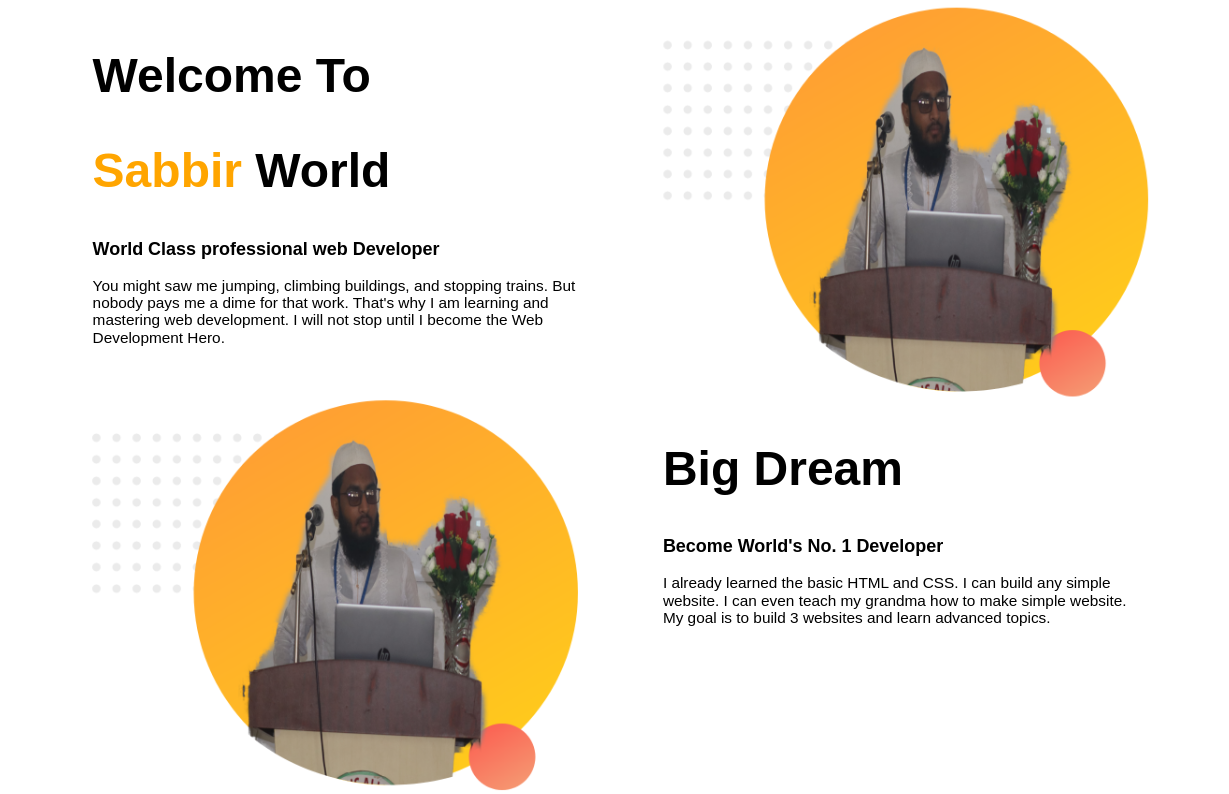
Repository: sabbircse3/web-protfolio
Page: index.html
These files come from the project's save history. The page is drawn as it stood at one moment and after a run of saves; the edit follows.
The browser window is 1280 px wide. The pictures show the whole page, at 96% of full size.

Above is the page before, as saved 2021-01-04 09:55:50.

### index.html
<!DOCTYPE html>
<html lang="en">
<head>
    <meta charset="UTF-8">
    <meta name="viewport" content="width=device-width, initial-scale=1.0">
    <title>Sabbir web-portfolio</title>
    <link rel="preconnect" href="https://fonts.gstatic.com">
    <link href="https://fonts.googleapis.com/css2?family=Montserrat&display=swap" rel="stylesheet">
    <link rel="stylesheet" href="style.css">
</head>
<body>
    <section class="top-banner">
        <div class="half-width">
            <h1>Welcome To</h1>
            <h1> <span class="name-highlight">Sabbir</span> World</h1>
            <h3>World Class professional web Developer</h3>
            <p>You might saw me jumping, climbing buildings, and stopping trains. But nobody pays me a dime for that work. That's why I am learning and mastering web development. I will not stop until I become the Web Development Hero.</p>
        </div>
        <div class="half-width">
            <img src="images/sabbir1.png" alt="">
        </div>
    </section>

    <section>
        <div class="half-width">
            <img src="images/sabbir1.png" alt="">
        </div>
        <div class="half-width">
            <h1> Big Dream</h1>
            <h3>Become World's No. 1 Developer</h3>
            <p>I already learned the basic HTML and CSS. I can build any simple website. I can even teach my grandma how to make simple website. My goal is to build 3 websites and learn advanced topics.</p>
        </div>

    </section>

</body>
</html>

### style.css
body{
    font-family: sans-serif;
}
h1{
    font-size: 50px;
}
.name-highlight{
    color: orange;
}
.half-width{
    width: 40%;
    float: left;
    margin-left: 5%;
    padding-left: 2%;
}
.half-width img{
    width: 100%;
}
.top-banner{
    background-image: url("images/top-banner.png");
}
section{

}

After the next 7 saves:
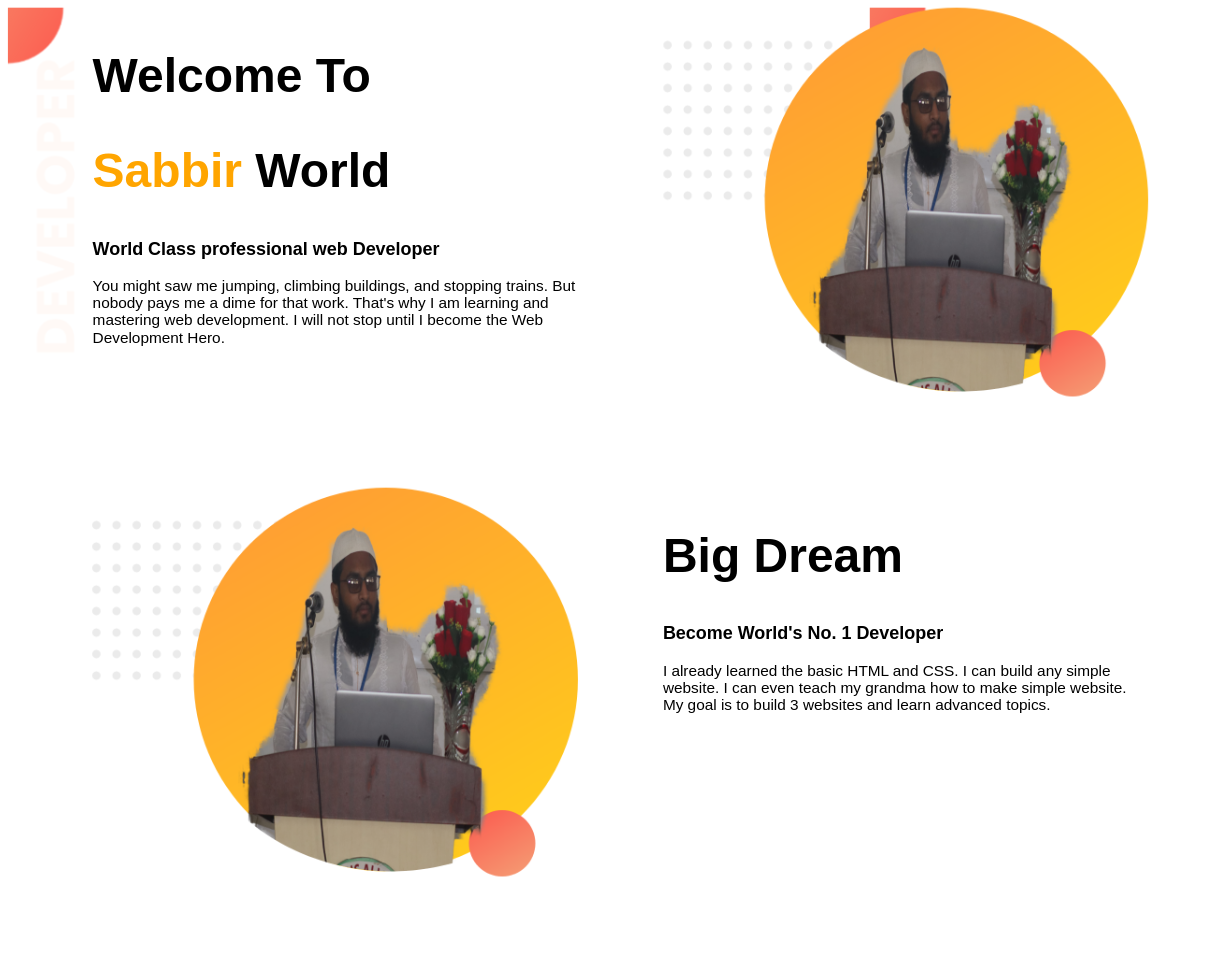
The 7 saves are shown as one change because they came seconds apart.
The last was saved 14 s later.
--- a/style.css
+++ b/style.css
@@ -20,5 +20,5 @@ h1{
     background-image: url("images/top-banner.png");
 }
 section{
-
+    height: 500px;
 }
